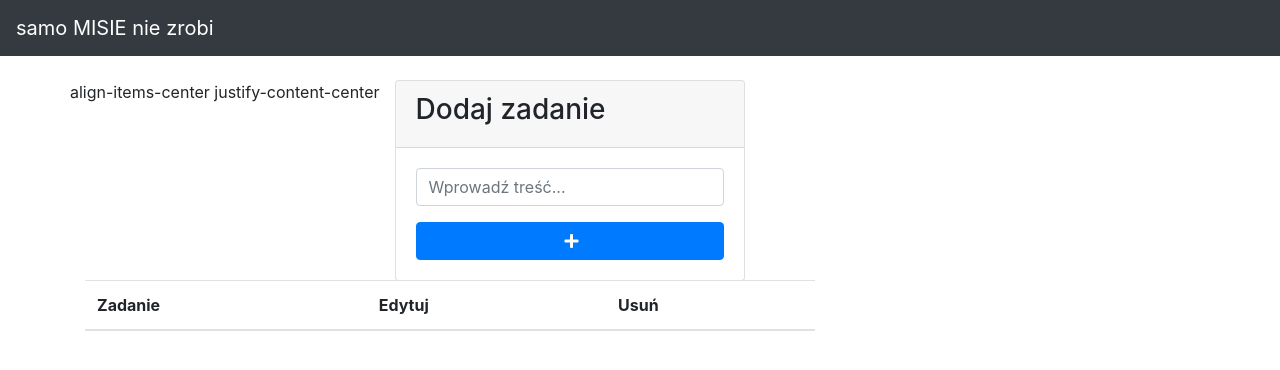
Repository: pcharazinski/JS_EXPRESS---samoMISIEniezrobi
Page: http://localhost/
The author's editor kept a copy of each file at every save. The page is drawn from the files as they stood at one save, then again after the next save.
The browser window is 1280 px wide. The pictures show the whole page.
Some web libraries are served in a nearby version. The page is served by the project's Node server (app.js). Other server files are loaded and not shown. Queries for data that is not in the repository find no rows.

Above is the page before, as saved 2018-12-16 15:32:14.

### views/index.pug
//- Pug zwraca wieeeeeeelka uwagę na wciecia!!! jak sa zle wciecia to sie wysypuje

extends layout

block content
    .row align-items-center justify-content-center
        .col-md-4
            .card
                .card-header
                    h3 Dodaj zadanie
                .card-body
                    form(action="/addme", method="POST")
                        .form-group

                            input.form-control#labeltodo(type='text', name="title", placeholder="Wprowadź treść...")
                        button(type="submit").btn.btn-primary.btn-block
                            i.fas.fa-plus.pl-1


        .col-md-8

            table.table.table-striped
                thead
                    tr

                    th(scope='col') Zadanie
                    th(scope='col') Edytuj
                    th(scope='col') Usuń
                tbody
                    each todo in todos
                        tr

                             td= todo.title
                             td
                                a(href="/editme/"+ todo.id).btn.btn-info.btn-sm
                                    i.fas.fa-pencil-alt
                             td
                                form(method="post", action="/deleteme/" + todo.id + "?_method=delete")
                                    button(type="submit").btn.btn-danger.btn-sm
                                         i.fas.fa-trash-alt

### views/layout.pug
<!DOCTYPE html>
html(lang="en")
    head
        meta(charset="UTF-8")
        meta(name="viewport", content="width=device-width, initial-scale=1.0")
        meta(http-equiv="X-UA-Compatible", content="ie=edge")
        link(rel="stylesheet", href="https://stackpath.bootstrapcdn.com/bootstrap/4.1.3/css/bootstrap.min.css")
        link(rel="stylesheet", href="https://use.fontawesome.com/releases/v5.6.1/css/all.css")
        title MISIE
    body
        include nav
        .container
            block content

script(src='https://code.jquery.com/jquery-3.3.1.slim.min.js')
script(src='https://cdnjs.cloudflare.com/ajax/libs/popper.js/1.14.3/umd/popper.min.js')
script(src='https://stackpath.bootstrapcdn.com/bootstrap/4.1.3/js/bootstrap.min.js')

### views/nav.pug
nav.navbar.navbar-expand-lg.navbar-dark.bg-dark.mb-4
  a.navbar-brand(href='/') samo MISIE nie zrobi

  button.navbar-toggler(type='button', data-toggle='collapse', data-target='#navbarNav', aria-controls='navbarNav', aria-expanded='false', aria-label='Toggle navigation')
    span.navbar-toggler-icon
  .collapse.navbar-collapse#navbarNav
    ul.navbar-nav
      //- li.nav-item.active
      //-   a.nav-link(href='/')
      //-     | Strona główna
      //-     span.sr-only (current)
      //- li.nav-item
      //-   a.nav-link(href='/') ASAP
      //- li.nav-item
      //-   a.nav-link(href='/') Nie ASAP
      //- li.nav-item
      //-   a.nav-link(href='/') Jak zostanie czas

### app.js
const express = require ("express");
const mongoose = require ('mongoose');
const bodyParser = require('body-parser');
const methodOverride = require ('method-override');
mongoose.connect ('mongodb://admin:admin62D.@ds121652.mlab.com:21652/samomisieniezrobi', { useNewUrlParser: true }).then (() => {
console.log('ejj... chyba polaczylam sie z baza danych, lol');

});
const app = express ();

app.use (bodyParser.urlencoded({extended:false}));
app.use (methodOverride('_method'));
app.set ("view engine", "pug");
const indexRoutes = require ('./routes/index');
app.use ('/', indexRoutes);
const port = process.env.PORT || 3000;
app.listen (port, () =>console.log(`Jestem podlaczona do serwera ${port} bijacz`));

### controllers/index.js
const Todo = require ('../models/Todo');
const getIndex = (req, res) =>
{
    Todo.find({},(err, todos)=> {
        if (err) console.log(err);
        console.log(todos);
        res.render ('index', {
            todos:todos
        })
    })

};
const postIndex = (req,res) =>{
    const newTodo = new Todo({
        title: req.body.title
    });
    newTodo.save((err)=>{
        if (err) console.log(err);
        res.redirect ('/');
    })

}

const deleteIndex = (req, res)=>{
    const {id} = req.params;
    Todo.findByIdAndDelete(id, (err)=> {
        if (err) console.log(err);
        res.redirect ('/');
    });

}
module.exports = {
    getIndex:getIndex,
    postIndex:postIndex,
    deleteIndex:deleteIndex
}

After the next save:
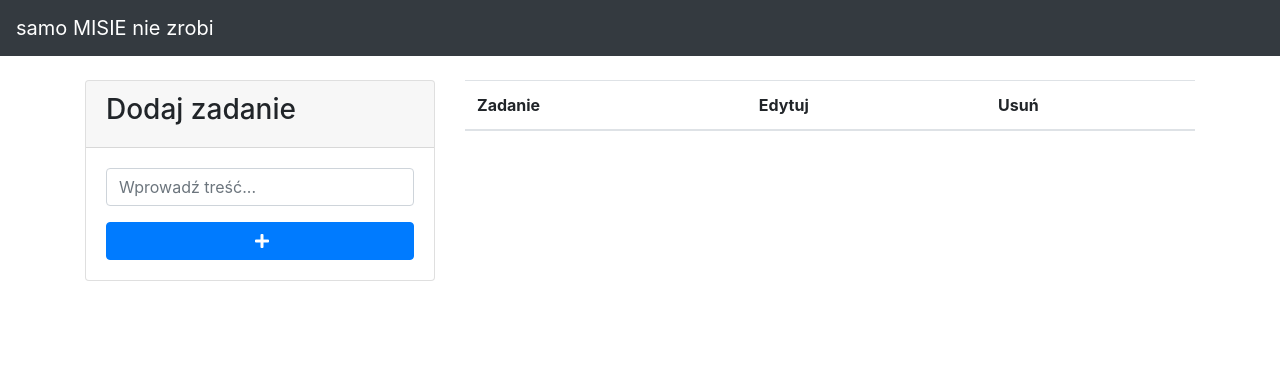
Saved 33 s later.
--- a/views/index.pug
+++ b/views/index.pug
@@ -3,7 +3,7 @@
 extends layout
 
 block content
-    .row align-items-center justify-content-center
+    .row
         .col-md-4
             .card
                 .card-header
